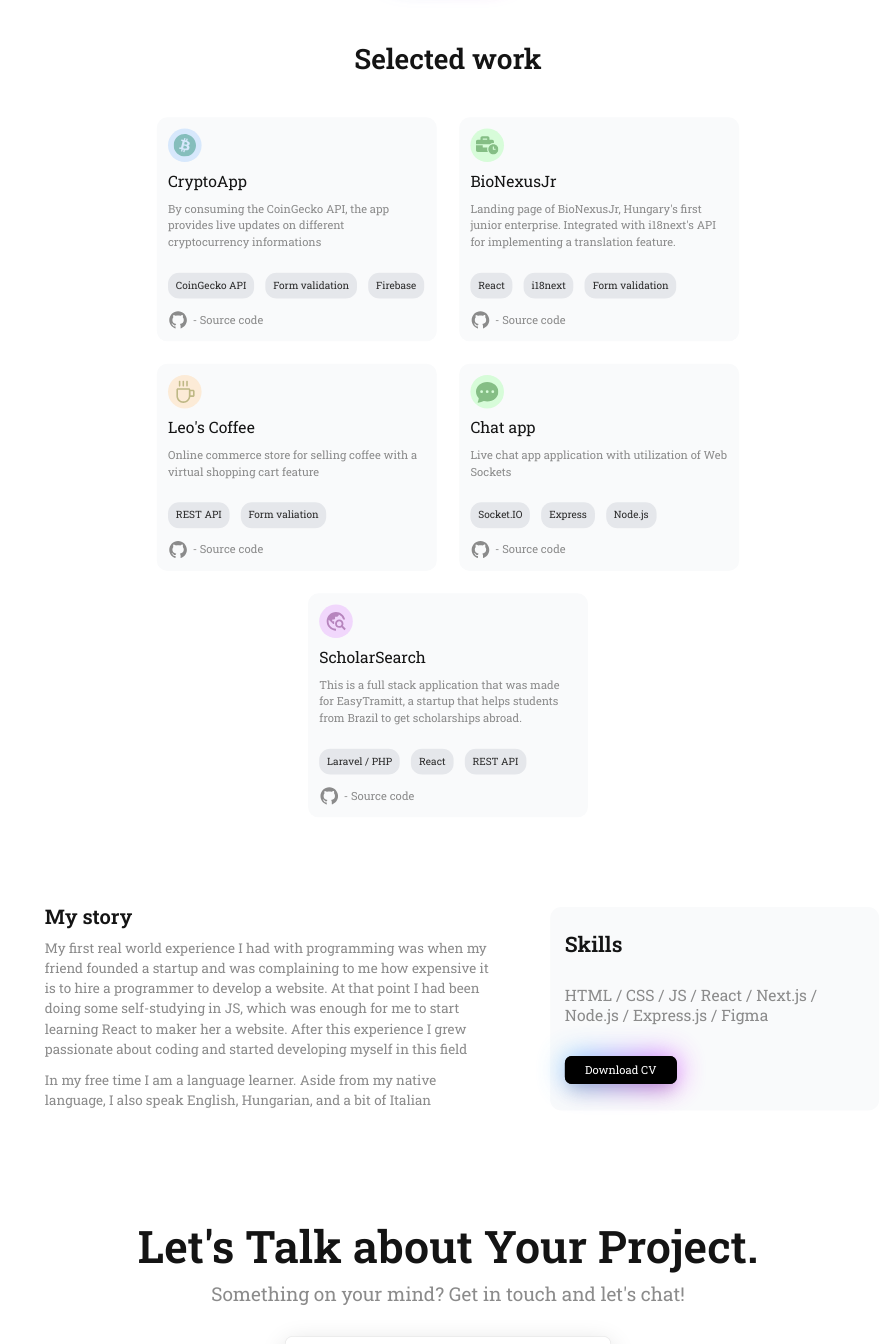
Repository: Leoka2000/portfolio-final
Page: /
An editor plug-in stored every save of this project. The page is shown before and after the next save, followed by the edit.
The browser window is 1280 px wide. The pictures show the part of the page from y = 611 to 2531 px (the page is 2977 px tall before and 2991 px after), at 70% of full size.
The page's requests for data from a server got no answer. Some web fonts or font styles are not loaded; a fallback is used. The project was rebuilt for these pictures with package versions that can differ from the ones it lists, and the page was loaded fresh each time. No one was signed in, and anything a server would have sent is missing. Also part of the build but not shown: src/App.css. Imported but missing from the stored project, and not drawn on this page: src/assets/LeoCV.pdf, src/assets/ScholarSearch.mp4.

Above is the page before, as saved 2023-05-11 19:05:28.

### public/index.html
<!DOCTYPE html>
<html lang="en">
  <head>
    <meta charset="utf-8" />
    <link rel="icon" href="%PUBLIC_URL%/favicon.ico" />
    <meta name="viewport" content="width=device-width, initial-scale=1" />
    <meta name="theme-color" content="#000000" />
    <meta
      name="description"
      content="Web site created using create-react-app"
    />
    <link rel="apple-touch-icon" href="%PUBLIC_URL%/logo192.png" />
    <!-- font -->
    <link rel="preconnect" href="https://fonts.googleapis.com">
    <link rel="preconnect" href="https://fonts.gstatic.com" crossorigin>
    <link href="https://fonts.googleapis.com/css2?family=Fira+Sans+Extra+Condensed:wght@300&family=Roboto+Condensed:wght@300&family=Roboto+Slab:wght@400;500;600&display=swap" rel="stylesheet">

    <!-- font -->
    <link rel="manifest" href="%PUBLIC_URL%/manifest.json" />

    <title>React App</title>
  </head>
  <body>
    <noscript>You need to enable JavaScript to run this app.</noscript>
    <div id="root"></div>
    <!--
      This HTML file is a template.
      If you open it directly in the browser, you will see an empty page.

      You can add webfonts, meta tags, or analytics to this file.
      The build step will place the bundled scripts into the <body> tag.

      To begin the development, run `npm start` or `yarn start`.
      To create a production bundle, use `npm run build` or `yarn build`.
    -->
  </body>
</html>

### src/pages/main/home.jsx
import React from 'react'
import Navbar from '../../compontents/navbar/navbar'
import Hero from './hero/hero'
import Work from './work/work-parent'
import About from './about/about'
import Contact from '../contact/contact'


const Home = () => {
  return (
    <>
      <Hero/>
      <Work/>
      <About/>
      <Contact/>
    </>
  )
}

export default Home

### src/compontents/navbar/navbar.css
.nav-navbar {
    display: flex;
    justify-content: flex-start;

    align-items: center;
    height: 90px;
}

.nav-navbar > span {
    display: flex;
    color: var(--h1);
    text-align: center;
    align-items: center;
    justify-content: center;
    background-color: #f5f5f5;
    font-weight: 300;
    padding: 9px 30px;
    border-radius: 30px;
    height: 2rem;
    gap: 1rem;
    width: auto;
    position: absolute;
    right: 30rem;

}
.nav-navbar > span > div {
width: 1.4rem;
border-radius: 100%;
background-color: rgb(101, 223, 101);
height: 1.4rem;
}
.dropdown-menu{
    position: absolute;
    right: 0;
    margin-right: 2rem;


}
.nav-dropdown {
    transform: none;
    transition: all 2s ease-in-out;
    margin-top: 1rem;
    background-color: #f5f5f5;
    position: absolute;
    top: 1;
    right: 0;
    border-radius: 10px;
    width: 10rem;
    height: 8.5rem;
    font-size: 1.2rem;
    transition: all .2s ease-in-out;
    box-shadow: rgba(0, 0, 0, 0.1) 0px 20px 25px -5px, rgba(0, 0, 0, 0.04) 0px 10px 10px -5px;
    opacity:1;
    transition:

     0s linear,
     1s linear;
}
.nav-dropdown::before {
    content: "";
z-index: -1;
position: absolute;
top: 0;
right: 0;
bottom: 0;
left: 0;
background: linear-gradient(-45deg,#e81cff,#40c9ff);
transform: translateZ(0) scale(.95);
filter: blur(20px);
opacity: .6;
transition: .3s;
border-radius: inherit;
transition: all 2s ease-in-out;

}
.dropdown{

    list-style: none;
    display: flex;
 flex-direction: column;
 padding: 1rem;
 transform: none;
 opacity:1;
    transition:

     0s linear,
     1s linear;


}

.dropdown > a {
    list-style: none;
    width: 84%;
    display: flex;
    padding: 0.5rem 1rem 0.5rem 0.7rem;
}
.dropdown > a > a {
    width: 100%;
}
.dropdown a:hover {
    background-color: rgb(219, 219, 219);
    cursor: pointer;
    border-radius: 10px;
    transition: 0.2s;
}
.nav-navbar > div > button {
    background-color: transparent;
    outline: none;
    border: none;
    display: flex;
    align-items: center;
    background-color: #f5f5f5;
    border-radius: 10px;

    padding: 0.8rem;
    justify-content: center;
    gap: 0.2rem;
    cursor: pointer;
    position: relative;
    transition: 0.3s;
}
.nav-navbar > div > button:hover {
background-color: rgb(228, 228, 228);
transform: scale(1.1);
}
.dropdown-menu > button > p {
    font-size: 1.2rem;

}
.dropdown-menu button svg {
    font-size: 1.5rem;
}

### src/pages/main/hero/hero.jsx
import React from 'react'
import {AiFillGithub} from 'react-icons/ai'
import {AiOutlineMail} from 'react-icons/ai'
import {AiFillLinkedin} from 'react-icons/ai'
import './hero.css'
import { Link } from 'react-scroll'

const hero = () => {
  return (
    <>
      <section className='hero-section'>
        <h1>Hi, I'm Leo, a front-end developer</h1>
        <p>I build things for the web primarily using React. Currently living in Hungary</p>
        <div className='icons-wrapper'>
          <a href='https://www.linkedin.com/in/leoreus/'><AiFillGithub/></a>
          <a href='https://github.com/Leoka2000'><AiOutlineMail/> </a>
          <a><AiFillLinkedin/></a>
        </div>
        <button className='hero-btn'> <Link to="contact" spy={true} smooth={true} offset={100} duration={500}>Hire me</Link></button>
      </section>
    </>
  )
}

export default hero

### src/pages/main/about/about.js
import React from 'react'
import './about.css'
import ThingsIDo from './thingsido/index'
import Skills from './skills/index'

const about = () => {
  return (
    <section id='about' className='about-section'>
      <ThingsIDo/>
      <Skills/>
    </section>
  )
}

export default about

### src/pages/main/hero/hero.css
.hero-section {
    display: flex;
    flex-direction: column;
    text-align: center;
    align-items: center;
    padding: 4rem 2rem 2rem 2rem;
    justify-content: center;
    gap: 1.5rem
}
.hero-section h1 {
    color: var(--h1);
    font-size: 5rem;
}
.hero-section p {
    color: var(--p);
    font-size: 2rem;
    line-height: 2.5rem;
    width: 80%;

}
.icons-wrapper {
    font-size: 2rem;
    color: var(--p);
    background-color: #f5f5f5;
    border-radius: 25px;
    align-items: center;
    padding: 0.8rem 0 0.5rem 0;
    width: 12rem;
    display: flex;
    justify-content: center;
    gap: 1rem;
    cursor: pointer;

}
.icons-wrapper a {
    text-decoration: none;
    color: var(--p);
}
.icons-wrapper svg {
    transition: 0.4s;
}
.icons-wrapper svg:hover {
    color: rgb(0, 0, 0);
}


.hero-section > button {
    font-family: 'Fira Sans Extra Condensed', sans-serif;

    font-family: 'Inter', sans-serif;

    font-family: 'Roboto Condensed', sans-serif;

    font-family: 'Roboto Slab', serif;

    display: flex;
    justify-content: center;
    align-items: center;
    color: white;
    font-size: 1.3rem;
    width: 10rem;
    height: 3.5rem;
    border-radius: 10px;
    outline: none;
    background-color: black;
    border: none;
    position: relative;
    cursor: pointer;
    transition: all .2s ease-in-out;
    box-shadow: rgba(0, 0, 0, 0.1) 0px 20px 25px -5px, rgba(0, 0, 0, 0.04) 0px 10px 10px -5px;
}
.hero-section > button::before {
    content: "";
z-index: -1;
position: absolute;
top: 0;
right: 0;
bottom: 0;
left: 0;
background: linear-gradient(-45deg, #e81cff, #40c9ff);
transform: translateZ(1) scale(.98);
filter: blur(20px);
opacity: .6;
transition: opacity .3s;
border-radius: inherit;
transition: all .2s ease-in-out;
}
.hero-section > button::after {

        content: "";
        z-index: -1;
        position: absolute;
        top: 0;
        right: 0;
        bottom: 0;
        left: 0;
        background: inherit;
        border-radius: inherit;
      }

.hero-section > button:hover {
transform: scale(1.1);
background-color: white;
color: black;
}



@media screen and (max-width: 1000px) {
    .hero-section > h1 {
        color: var(--h1);
        font-size: 2rem;
    }
    .hero-section > p {
        font-size: 1.2rem;
        line-height: 1.4rem;
    }

}

### src/pages/main/work/work.css
.work-section {
    display: flex;
    flex-direction: column;
    justify-content: center;
    padding: 4rem 1rem 1rem 1rem;

}
.work-section > header {
text-align: center;
font-size:2.5rem;
}

.work-main {
    padding-top: 4rem;
    display: flex;
    gap: 2rem;
    flex-wrap: wrap;
    justify-content: center;
}
.individual-wrapper {
    background-color: var(--background);
    width: 23rem;
    display: flex;
    justify-content: space-between;
    flex-direction: column;
gap: 1rem;
padding: 1rem;
border-radius: 15px;
height: auto;
transition: 0.5s;
}
.individual-wrapper:hover {
    transform: scale(1.02);
    background-color: rgb(241, 241, 241);

}
.individual-wrapper > h1 {
    font-size: 1.4rem;
    font-weight: 400;
}
.individual-wrapper > span {
    font-size: 2rem;
    background-color: var(--background-dark);
    border-radius: 100%;
    width: 3rem;
    height: 3rem;
    justify-content: center;
    align-items: center;
    display: flex;
}
.individual-wrapper > p {
    color: var(--p);
    line-height: 1.5rem;
}
.key-wrapper {
    display: flex;
    gap: 1rem
}
.key-wrapper > span {
    margin-top: 1rem;
    text-align: center;
    padding: 0.7rem;
    border-radius: 16px;
    width: auto;
    display: block;
    font-weight: 100;
    font-size: 0.9rem;
    background-color: var(--background-dark);
    color :rgb(43, 43, 43)
}

a { color: inherit;
text-decoration: none;
}
.individual-wrapper > a {
    font-size: 1.8rem;
    cursor: pointer;
    display: flex;
    color: var(--p);
    align-items: center;
    gap: 0.4rem;
    transition: 0.3s;
}
.individual-wrapper > a > p {
    color: var(--p);
    font-size: 1rem;
    transition: 0.3s;

}

.individual-wrapper > a:hover #hover {
    color: black;
}

.individual-wrapper > a:hover {
    color: black;
}
#work-1 {
    background-color: rgb(215, 232, 252);
    color: rgb(133, 190, 188);
}

#work-2 {
    background-color: rgb(215, 252, 217);
    color: rgb(133, 190, 133);
}
#work-3 {
    background-color: rgb(252, 235, 215);
    color: rgb(190, 184, 133);
}
#work-4 {
    background-color: rgb(215, 252, 217);
    color: rgb(133, 190, 133);
}
#work-5 {
    background-color: rgb(241, 215, 252);
    color: rgb(183, 133, 190);
}

  .video-overlay {
    position: fixed;
    top: 0;
    left: 0;
    width: 100%;
    height: 100%;
    background-color: rgba(0, 0, 0, 0.8);
    display: flex;
    justify-content: center;
    align-items: center;
    z-index: 9999;
  }

  .video-overlay video {
    max-width: 90%;
    max-height: 90%;
  }

  .video-overlay button {
    background-color: #fff;
    position: absolute;
    color: #000;
    border: none;
    right: 4rem;
    top: 12rem;
    padding: 10px 20px;
    font-size: 16px;
    border-radius: 4px;
    cursor: pointer;
  }

  .video-overlay button:hover {
    background-color: #000;
    color: #fff;
  }

### src/pages/main/work/projects/bionexus/index.jsx
import React from 'react'
import {FaBusinessTime} from 'react-icons/fa'
import {AiFillGithub} from 'react-icons/ai'

const index = () => {
  return (
    <a target='_blank' href='https://bionexusjr.com' className='individual-wrapper'>
    <span id='work-2'><FaBusinessTime/></span>
    <h1>BioNexusJr</h1>
    <p>Landing page of BioNexusJr, Hungary's first junior enterprise. Integrated with i18next's API for implementing a translation feature.</p>
    <div className='key-wrapper'>
    <span>React</span>
      <span>i18next</span>
      <span>Form validation</span>
    </div>
    <a href='https://www.facebook.com/'><AiFillGithub/><p id='hover'>- Source code</p></a>
  </a>
  )
}

export default index

### src/pages/main/work/projects/coffee/index.jsx
import React from 'react'
import {AiOutlineCoffee} from 'react-icons/ai'
import {AiFillGithub} from 'react-icons/ai'

const index = () => {
  return (
    <a target='_blank'  href='https://voluble-salamander-19402b.netlify.app/' className='individual-wrapper'>
      <span id='work-3'><AiOutlineCoffee/></span>
      <h1>Leo's Coffee</h1>
      <p>Online commerce store for selling coffee with a virtual shopping cart feature</p>
      <div className='key-wrapper'>
        <span>REST API</span>
        <span>Form valiation</span>
      </div>
      <a href='https://www.facebook.com/'><AiFillGithub/><p id='hover'>- Source code</p></a>
    </a>
  )
}

export default index

### src/pages/main/work/projects/chatapp/index.jsx
import React from 'react'
import {BsFillChatDotsFill} from 'react-icons/bs'
import {AiFillGithub} from 'react-icons/ai'

const index = () => {
  return (
    <a target='_blank'  href='https://idyllic-horse-830bac.netlify.app/' className='individual-wrapper'>
    <span id='work-4'><BsFillChatDotsFill/></span>
    <h1>Chat app</h1>
    <p>Live chat app application with utilization of Web Sockets</p>
    <div className='key-wrapper'>
      <span>Socket.IO</span>
      <span>Express</span>
      <span>Node.js</span>
    </div>
    <a href='https://www.facebook.com/'><AiFillGithub/><p id='hover'>- Source code</p></a>
  </a>
  )
}

export default index

### src/pages/main/work/projects/easy/index.jsx
import React, { useState } from 'react';
import { MdTravelExplore } from 'react-icons/md';
import { AiFillGithub } from 'react-icons/ai';
import video from '../../../../../assets/ScholarSearch.mp4';

const Index = () => {
  const [isVideoPlaying, setIsVideoPlaying] = useState(false);

  const handleVideoClick = () => {
    setIsVideoPlaying(true);
    disableScroll();
  };

  const handleQuitVideo = () => {
    setIsVideoPlaying(false);
    enableScroll();
  };

  const disableScroll = () => {
    document.body.style.overflow = 'hidden';
  };

  const enableScroll = () => {
    document.body.style.overflow = '';
  };

  return (
    <div>
      <a onClick={handleVideoClick}
        target="_blank"
        className="individual-wrapper"
      >
        <span id="work-5">
          <MdTravelExplore />
        </span>
        <h1>ScholarSearch</h1>
        <p>
          This is a full stack application that was made for EasyTramitt, a
          startup that helps students from Brazil to get scholarships abroad.
        </p>
        <div className="key-wrapper">
          <span>Laravel / PHP</span>
          <span>React</span>
          <span>REST API</span>
        </div>
        <a href="https://www.facebook.com/">
          <AiFillGithub />
          <p id="hover">- Source code</p>
        </a>
      </a>

      {isVideoPlaying && (
        <div className="video-overlay">
          <video src={video} controls autoPlay />
          <button onClick={handleQuitVideo}>Quit</button>
        </div>
      )}
    </div>
  );
};

export default Index;

### src/pages/main/work/projects/cryptoapp/index.jsx
import React from 'react'
import {SiBitcoin} from 'react-icons/si'
import {AiFillGithub} from 'react-icons/ai'

const index = () => {
  return (
    <a target='_blank'  href='https://crypto-deploy2-6w8l1e4ho-leoka2000.vercel.app/' className='individual-wrapper'>
      <span id='work-1'><SiBitcoin/></span>
      <h1>CryptoApp</h1>
      <p>By consuming the CoinGecko API, the app provides live updates on different cryptocurrency informations</p>
      <div className='key-wrapper'>
        <span>CoinGecko API</span>
        <span>Form validation</span>
        <span>Firebase</span>
      </div>
      <a href='https://www.facebook.com/'><AiFillGithub/><p id='hover'>- Source code</p></a>
    </a>
  )
}

export default index

### src/pages/main/about/about.css
.about-section {
    display: flex;
    gap: 0.5rem;
    padding: 7rem 1.5rem 5rem 4rem;
}

.left {
    display: flex;
    flex-direction: column;
    width: 50rem;
    gap: 1rem;

}
.left > h1 {
    color: var(--h1);
    font-size: 1.8rem;
}
.left > p {
    line-height: 1.8rem;
    color: var(--p);
    font-size: 1.2rem;
    font-weight: normal;
    -webkit-font-smoothing: antialiased;
    -moz-osx-font-smoothing: grayscale;
    width: 90%;

}

.right {
    display:flex;
    flex-direction: column;
    background-color: var(--background);
    border-radius: 16px;
    gap:1.6rem;
    padding: 1.3rem;
    justify-content: space-evenly;
    z-index: 0;
    width: 30rem;

}
.right > h1 {
    font-size: 1.9rem;
}
.right > p {
    color: var(--p);
    font-size: 1.4rem;
    line-height: 1.8rem;
    width: 95%;
}
.right-btn {
    display: flex;
    justify-content: center;
    align-items: center;
    color: white;
    font-size: 1rem;
    width: 10rem;
    height: 2.5rem;
    border-radius: 10px;
    outline: none;

    background-color: black;
    border: none;
    position: relative;
    cursor: pointer;
    transition: all .2s ease-in-out;
    box-shadow: rgba(0, 0, 0, 0.1) 0px 20px 25px -5px, rgba(0, 0, 0, 0.04) 0px 10px 10px -5px;
    font-family: 'Fira Sans Extra Condensed', sans-serif;

    font-family: 'Inter', sans-serif;

    font-family: 'Roboto Condensed', sans-serif;

    font-family: 'Roboto Slab', serif;
}
.right-btn::before {
    content:"";
z-index: -1;
position: absolute;
top: 0;
right: 0;
bottom: 0;

left: 0;
background: linear-gradient(-45deg, #e81cff, #40c9ff);
transform: translateZ(1) scale(.98);
filter: blur(20px);
opacity: 0.8;
transition: opacity .3s;
border-radius: inherit;
transition: all .2s ease-in-out;
}
.right-btn::after {

        content: "";
        z-index: -1;
        position: absolute;
        top: 0;
        right: 0;
        bottom: 0;
        left: 0;
        background: inherit;
        border-radius: inherit;
      }

      .right-btn:hover {
transform: scale(1.1);
background-color: white;
color: black;
}




@media screen and (max-width: 1150px) {
    .right {
        width: 35rem;


    }
    .left {
        width: 40rem;
        padding-left: 1.5rem;
    }
}

@media screen and (max-width: 1000px) {
    .about-section {
        flex-direction: column;
        padding-left: 0rem;
    }
    .right {
        width: 90%;



    }
    .left {
        width: 90%;
        padding-bottom: 1.5rem;


    }
    .left > p {
        width: 100%;
    }

    .right-btn {
        width: 13rem;
    }

    .right > p {

        font-size: 1.2rem;

    }
}

### src/pages/main/about/thingsido/index.jsx
import React from 'react'

const index = () => {
  return (
    <div className='left'>
            <h1>My story</h1>
            <p>My first real world experience I had with programming was when my friend founded a startup and was complaining to me how expensive it is to hire a programmer to develop a website. At that point I had been doing some self-studying in JS, which was enough for me to start learning React to maker her a website. After this experience I grew passionate about coding and started developing myself in this field</p>
            <p>In my free time I am a language learner. Aside from my native language, I also speak English, Hungarian, and a bit of Italian</p>
        </div>
  )
}

export default index

### src/pages/main/about/skills/index.jsx
import React from 'react'
import CV from '../../../../assets/LeoCV.pdf'
import './index.css'



const index = () => {
    return (
        <div className='right'>
            <h1>Skills</h1>
            <p>HTML / CSS / JS / React / Next.js / Node.js / Express.js / Figma</p>
            <a href={CV} download className='right-btn'>Download CV</a>
        </div>
    )
}

export default index

### src/pages/contact/contact.css
.contact-session {
    padding: 5rem 1rem 5rem 1rem;
}
.contact-header {
    text-align: center;
    font-size: 1.2rem;
    gap: 1.5rem;
    display: flex;
    flex-direction: column;
}
.contact-header > h1 {
    font-size: 4rem;
    color: var(--h1);
}
.contact-header > p {
    color: var(--p);
    font-size: 1.7rem;
}
.contact-main {
    padding-top: 3rem;
    display: flex;
    justify-content: center;

}
.form {
    display: flex;
    flex-direction: column;
    justify-content: center;
    align-items: center;
    gap: 1rem;
    width: 25rem;
    box-shadow: rgba(0, 0, 0, 0.16) 0px 10px 36px 0px, rgba(0, 0, 0, 0.06) 0px 0px 0px 1px;
    padding: 2rem;
    border-radius: 10px;

}
.input {
    padding: 0.8rem;
    width: 22.5rem;
    outline: 2px solid transparent;
outline-offset: 2px;
border: none;
background-color: var(--background);
border-radius: 4px;
font-size: 1.1rem;
font-family: 'Fira Sans Extra Condensed', sans-serif;

  font-family: 'Inter', sans-serif;

  font-family: 'Roboto Condensed', sans-serif;

  font-family: 'Roboto Slab', serif;

}
.textarea {
padding: 0.8rem;
    width: 22.5rem;
    height: 5rem;
    outline: 2px solid transparent;
outline-offset: 2px;
border: none;
background-color: var(--background);
border-radius: 4px;
font-family: 'Fira Sans Extra Condensed', sans-serif;
font-size: 1.1rem;
  font-family: 'Inter', sans-serif;

  font-family: 'Roboto Condensed', sans-serif;

  font-family: 'Roboto Slab', serif;
}

.error {
  text-align:end;
   color: red;
}
.success {
 color: rgb(16, 184, 80);
 padding-bottom: 0.5rem;
}
.contact-btn {
    font-family: 'Fira Sans Extra Condensed', sans-serif;

    font-family: 'Inter', sans-serif;

    font-family: 'Roboto Condensed', sans-serif;

    font-family: 'Roboto Slab', serif;

    display: flex;
    justify-content: center;
    align-items: center;
    color: white;
    font-size: 1.1rem;
    width: 10rem;
    height: 2.8rem;
    border-radius: 10px;
    outline: none;
    background-color: black;
    border: none;
    position: relative;
    cursor: pointer;
    transition: all .2s ease-in-out;
    box-shadow: rgba(0, 0, 0, 0.1) 0px 20px 25px -5px, rgba(0, 0, 0, 0.04) 0px 10px 10px -5px;
    margin-top: 1rem;
}

.contact-btn::before {
    content: "";
z-index: -1;
position: absolute;
top: 0;
right: 0;
bottom: 0;
left: 0;
background: linear-gradient(-45deg, #e81cff, #40c9ff);
transform: translateZ(1) scale(.9);
filter: blur(20px);
opacity: .9;
transition: opacity .3s;
border-radius: inherit;
transition: all .2s ease-in-out;
}
.contact-btn::after {

        content: "";
        z-index: -1;
        position: absolute;
        top: 0;
        right: 0;
        bottom: 0;
        left: 0;
        background: inherit;
        border-radius: inherit;
      }

.contact-btn:hover {
transform: scale(1.1);
background-color: white;
color: black;
}

@media screen and (max-width: 600px) {

    .contact-header > h1 {

        font-size: 2.5rem;
    }
    .contact-header > p {
        line-height: 2rem;
        font-size: 1.6rem;
    }

}
@media screen and (max-width: 400px) {
    .input, .textarea {
        width: 18rem;
    }
}

Loaded but not shown: src/index.js (common file); src/index.css (common file); src/App.js (common file); src/pages/contact/inputs/index.js (55 lines, source omitted); src/compontents/navbar/navbar.js (35 lines, source omitted); src/pages/main/work/work-parent.js (32 lines, source omitted); src/firebaseConfig.js (27 lines, source omitted); src/pages/contact/contact.js (22 lines, source omitted); src/pages/main/about/skills/index.css (no stored copy; drawn as an empty file)

After the next save:
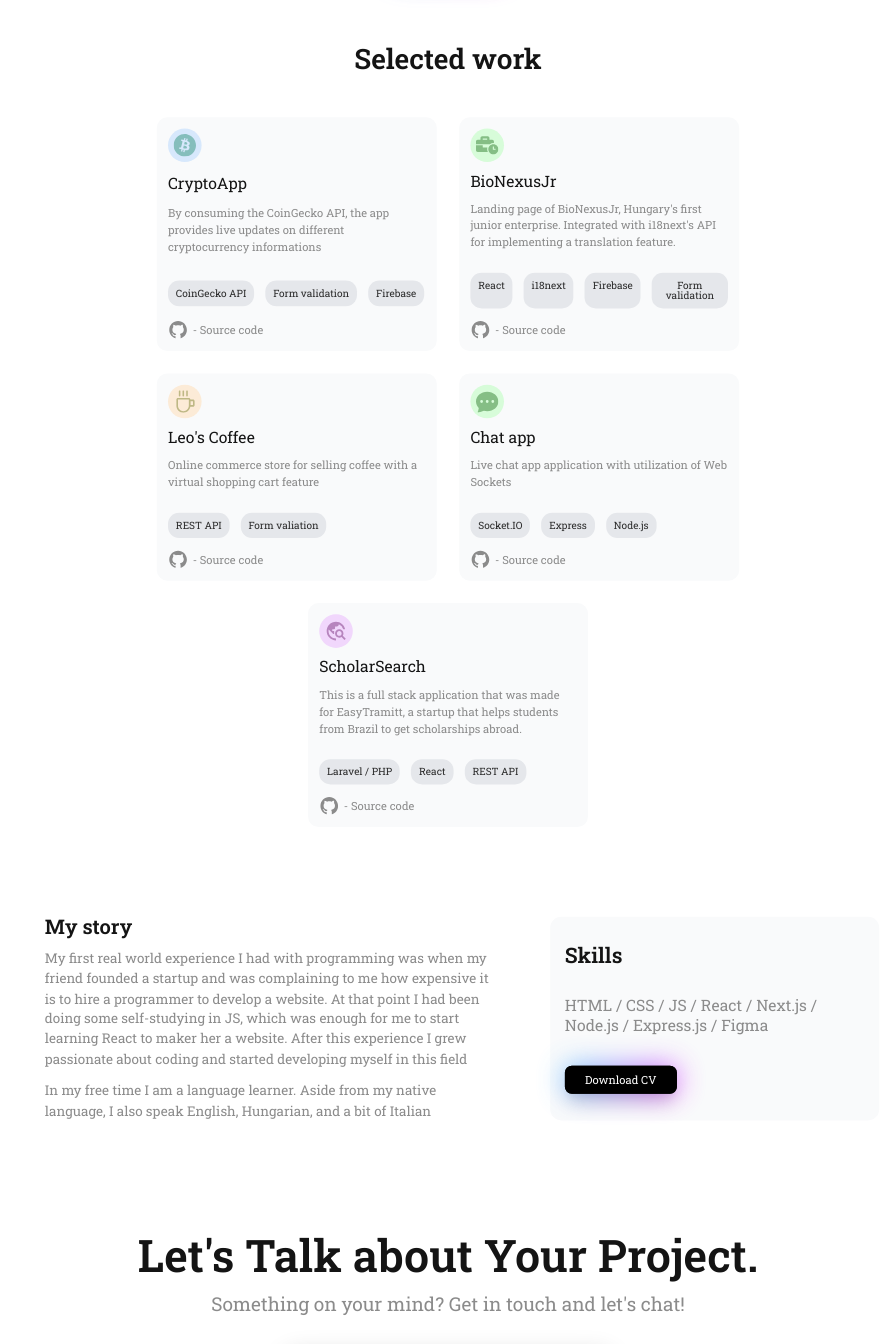
Saved 18 s later.
--- a/src/pages/main/work/projects/bionexus/index.jsx
+++ b/src/pages/main/work/projects/bionexus/index.jsx
@@ -11,6 +11,7 @@ const index = () => {
     <div className='key-wrapper'>
     <span>React</span>
       <span>i18next</span>
+      <span>Firebase</span>
       <span>Form validation</span>
     </div>
     <a href='https://www.facebook.com/'><AiFillGithub/><p id='hover'>- Source code</p></a>
